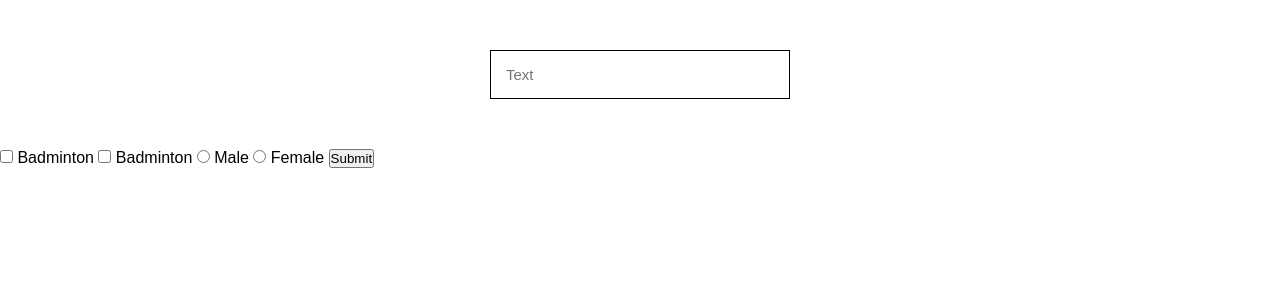
Repository: codysun1912/Javascript-coures
Page: index.html
An editor plug-in stored every save of this project. The page is shown before and after the next save, followed by the edit.
The browser window is 1280 px wide. The pictures show the whole page.

Above is the page before, as saved 2022-02-28 18:31:27.

### index.html
<!DOCTYPE html>
<html lang="en">
<head>
    <meta charset="UTF-8">
    <meta http-equiv="X-UA-Compatible" content="IE=edge">
    <meta name="viewport" content="width=device-width, initial-scale=1.0">
    <title>Javascript</title>
    <link rel="stylesheet" href="./css/app.css">

</head>
<body>
    <form class="form form-login">
        <input type="text" class="input" name = "name" placeholder="Text">
        <input type="checkbox" class="hobby"id="" value = "badminton"> Badminton
        <input type="checkbox" class="hobby"id="" value = "football"> Badminton
        <input type="radio" class="gender" id="" value = " male"> Male
        <input type="radio" class="gender" id="" value = " female"> Female
        <button type="submit">Submit</button>
    </form>
    <script src="./Event/form.js"></script>
</body>
</html>

### css/app.css
html {
    box-sizing: border-box;
  }
  * {
    margin: 0;
    padding: 0;
  }
  *,
  *:before,
  *:after {
    box-sizing: border-box;
  }
  input,
  textarea,
  select,
  button {
    outline: none;
  }
  input {
    line-height: normal;
  }
  label,
  button {
    cursor: pointer;
  }
  a {
    text-decoration: none;
  }
  img {
    display: block;
    max-width: 100%;
  }
  *,
  *:before,
  *:after {
    box-sizing: border-box;
  }
  /* using rem unit */
  html {
    font-size: 62.5%;
  }
  a {
    text-decoration: none;
  }
  img {
    display: block;
    max-width: 100%;
  }
  body {
    font-family: "Poppins", sans-serif;
    font-size: 16px;
    line-height: 1;
  }
  /* .menu {
    width: 300px;
    position: fixed;
    top: 0;
    right: 0;
    bottom: 0;
    box-shadow: rgba(100, 100, 111, 0.2) 0px 7px 29px 0px;
    list-style: none;
    transform: translateX(100%);
    transition: transform 0.25s linear;
  }
  .menu.is-show {
    transform: translateX(0);
  }
  .menu-link {
    display: block;
    padding: 20px 15px;
    color: #333;
    border-bottom: 1px solid #eee;
  }
  .boxed {
    width: 200px;
    height: 200px;
    padding: 20px;
    margin-left: 50px;
    border: 5px solid;

    border-top: 50px solid;
  } */
  /* Modal */
 .input {
   padding:15px;
   border: 1px solid black;
   font-size:15px;
   width: 300px;
   margin:50px auto;
   display: block;

 }

### Event/form.js
const keyDown = document.querySelector(".input");
// keyDown.addEventListener("keydown" , function(event){
    // console.log(event.key);
    // console.log(event.keyCode);
    // console.log(event.which);
// })
// keyDown.addEventListener("keyup" , function(event){
//     console.log(event.key);

// })

// keyDown.addEventListener("change" , function(event){
//     console.log("working");

// })
// su kien xay ra khi an ra ngoai

// keyDown.addEventListener("focus" , function(event){
//     console.log("working");
// })

// keyDown.addEventListener("blur" , function(event){
//     console.log("working");
// })


const form = document.querySelector(".form");
form.addEventListener("submit", function(event){
    event.preventDefault();
    if(keyDown.value === ""){
        alert("not things");
    }
})

After the next save:
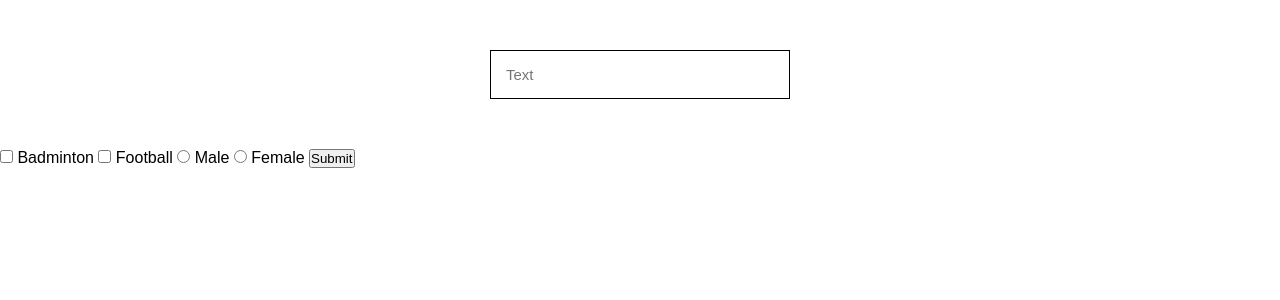
Saved 8 s later.
--- a/index.html
+++ b/index.html
@@ -12,7 +12,7 @@
     <form class="form form-login">
         <input type="text" class="input" name = "name" placeholder="Text">
         <input type="checkbox" class="hobby"id="" value = "badminton"> Badminton
-        <input type="checkbox" class="hobby"id="" value = "football"> Badminton
+        <input type="checkbox" class="hobby"id="" value = "football"> Football
         <input type="radio" class="gender" id="" value = " male"> Male
         <input type="radio" class="gender" id="" value = " female"> Female
         <button type="submit">Submit</button>
